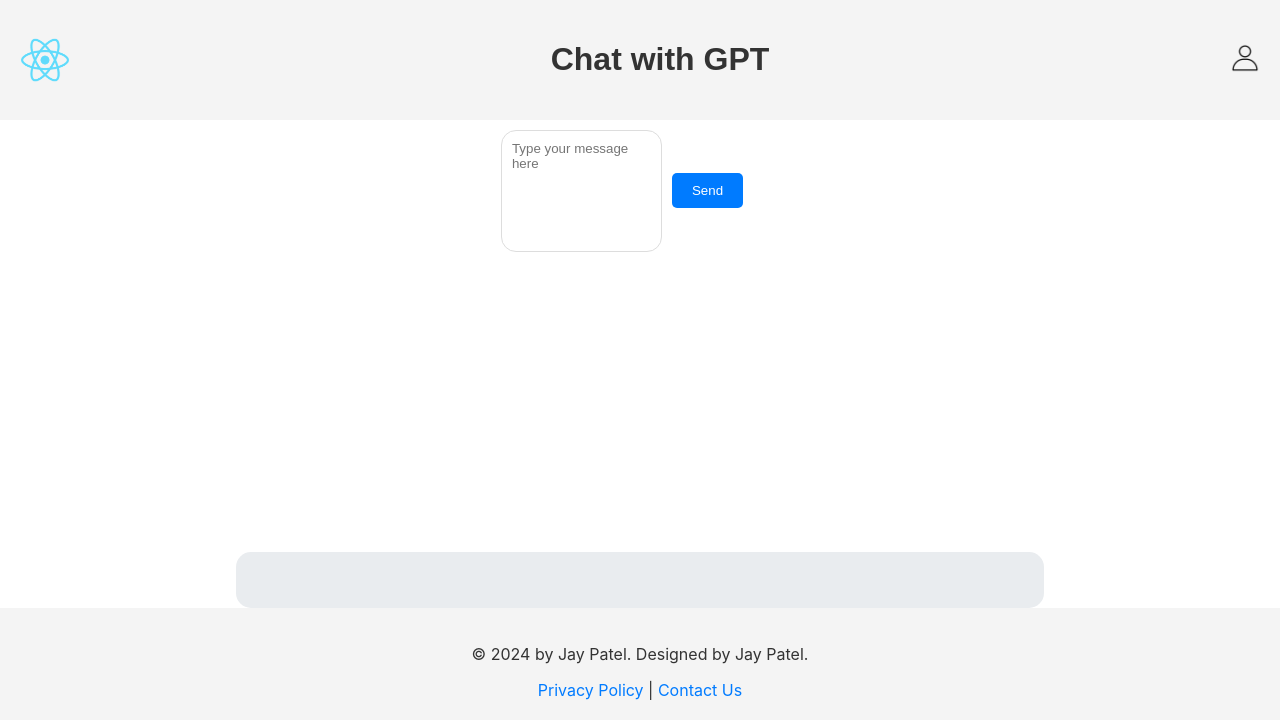
Repository: jforjay1/Custom-GPT
Page: / (app in ethem-alpaydin-gpt/)
An editor plug-in stored every save of this project. The page is shown before and after the next save, followed by the edit.
The browser window is 1280 px wide. The pictures show the whole page.
The project was rebuilt for these pictures with package versions that can differ from the ones it lists, and the page was loaded fresh each time.

Above is the page before, as saved 2024-01-10 11:50:15.

### ethem-alpaydin-gpt/src/App.js
import React, { useState } from 'react';
import axios from 'axios';
import './App.css';
import logo from './logo192.png'; // Path to your logo image
import userIcon from './profile.png';

function App() {
  const [showProfile, setShowProfile] = useState(false);
  const [message, setMessage] = useState('');
  const [response, setResponse] = useState('');

  const sendMessage = async () => {
    try {
      console.log('Sending message:', message);
      const result = await axios.post('http://localhost:5001/sendMessage', { message: message }).catch((error) => {
        console.log(error);
      });

      setResponse(result.data.messages);
      console.log('Message received!', message);
    } catch (error) {
      console.error('Error sending message:', error);
    }
  };

  return (
    <div className="App">
      <header className="App-header">
        <img src={logo} alt="Company Logo" className="company-logo" />
        <h1>Chat with GPT</h1>
        <div className="user-section">
          <img
            src={userIcon}
            alt="User Icon"
            className="user-icon"
            onClick={() => setShowProfile(!showProfile)}
          />
          {showProfile && (
            <div className="profile-dropdown">
              <p>User Profile Info</p>
              {/* Add more user info here */}
            </div>
          )}
        </div>
      </header>
      <div className="chat-container">
        <div className="input-area">
            <textarea
                className="message-input"
                value={message}
                onChange={(e) => setMessage(e.target.value)}
                placeholder="Type your message here"
            />
            <button className="send-button" onClick={sendMessage}>Send</button>
        </div>
        <div className="response-area">
            <p>{response}</p>
        </div>
      </div>
      <footer className="App-footer">
        <p>© 2024 by Jay Patel. Designed by Jay Patel.</p>
        <a href="/privacy-policy">Privacy Policy</a> | <a href="/contact-us">Contact Us</a>
      </footer>
    </div>
  );
}

export default App;

### ethem-alpaydin-gpt/src/App.css
.App {
  text-align: center;
  display: flex;
  flex-direction: column;
  height: 100vh; /* Full height of the viewport */
}

.App-header {
  background-color: #f4f4f4;
  color: #333;
  padding: 20px;
  font-family: 'Arial', sans-serif;
  display: flex; /* Align items horizontally */
  align-items: center; /* Center items vertically in the header */
  justify-content: space-between; /* Space out logo, title, and user section */
}

.chat-container {
  display: flex;
  flex-direction: column;
  align-items: center;
  justify-content: space-between;
  flex-grow: 1;
}

.input-area {
  display: flex; /* Aligns elements horizontally */
  align-items: center; /* Aligns items vertically */
  margin: 10px;
}

.message-input {
  width: 50%; /* Adjust width as necessary */
  height: 100px;
  padding: 10px;
  border-radius: 15px;
  border: 1px solid #ddd;
  font-family: 'Arial', sans-serif; /* Consistent font */
  resize: none; /* Optional: Prevents resizing of textarea */
}

.send-button {
  background-color: #007bff;
  color: white;
  border: none;
  padding: 10px 20px;
  border-radius: 5px;
  cursor: pointer;
  transition: background-color 0.3s;
  font-family: 'Arial', sans-serif; /* Consistent font */
  margin-left: 10px; /* Space between text box and button */
}

.send-button:hover {
  background-color: #0056b3;
}

.response-area {
  width: 60%;
  background-color: #e9ecef;
  border-radius: 15px;
  padding: 20px;
  margin-top: 10px;
  font-family: 'Arial', sans-serif; /* Consistent font */
}

.company-logo {
  height: 50px; /* Adjust as needed */
  margin-right: 20px;
}

.user-section {
  position: relative;
  display: inline-block;
}

.user-icon {
  width: 30px;
  height: 30px;
  cursor: pointer;
}

.profile-dropdown {
  position: absolute;
  right: 0;
  background-color: #f9f9f9;
  min-width: 160px;
  box-shadow: 0px 8px 16px 0px rgba(0,0,0,0.2);
  padding: 12px 16px;
  z-index: 1;
}

.App-footer {
  background-color: #f4f4f4;
  color: #333;
  padding: 20px;
  text-align: center;
  margin-top: auto;
}

.App-footer a {
  color: #007bff;
  text-decoration: none;
}

.App-footer a:hover {
  text-decoration: underline;
}

Loaded but not shown: ethem-alpaydin-gpt/public/index.html (common file); ethem-alpaydin-gpt/src/index.js (common file); ethem-alpaydin-gpt/src/index.css (common file); ethem-alpaydin-gpt/src/reportWebVitals.js (common file)

After the next save:
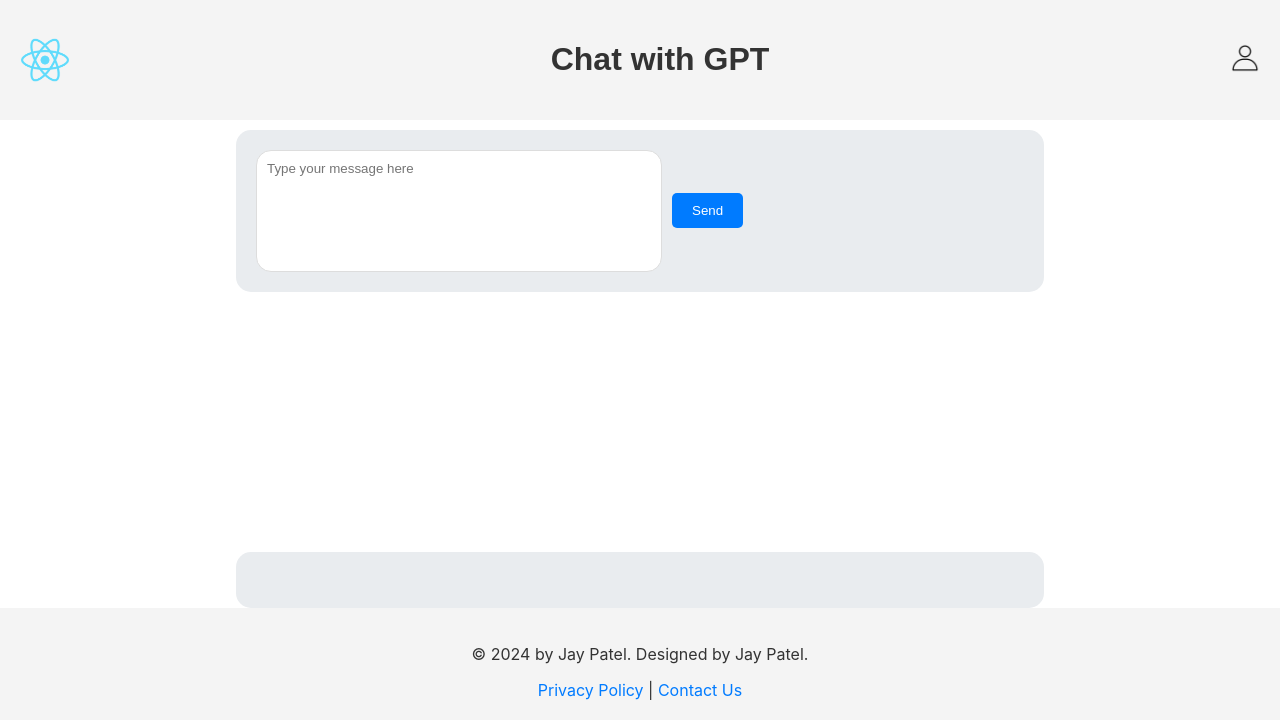
Saved 92 s later.
--- a/ethem-alpaydin-gpt/src/App.css
+++ b/ethem-alpaydin-gpt/src/App.css
@@ -27,6 +27,12 @@
   display: flex; /* Aligns elements horizontally */
   align-items: center; /* Aligns items vertically */
   margin: 10px;
+  width: 60%;
+  background-color: #e9ecef;
+  border-radius: 15px;
+  padding: 20px;
+  margin-top: 10px;
+  font-family: 'Arial', sans-serif;
 }
 
 .message-input {
